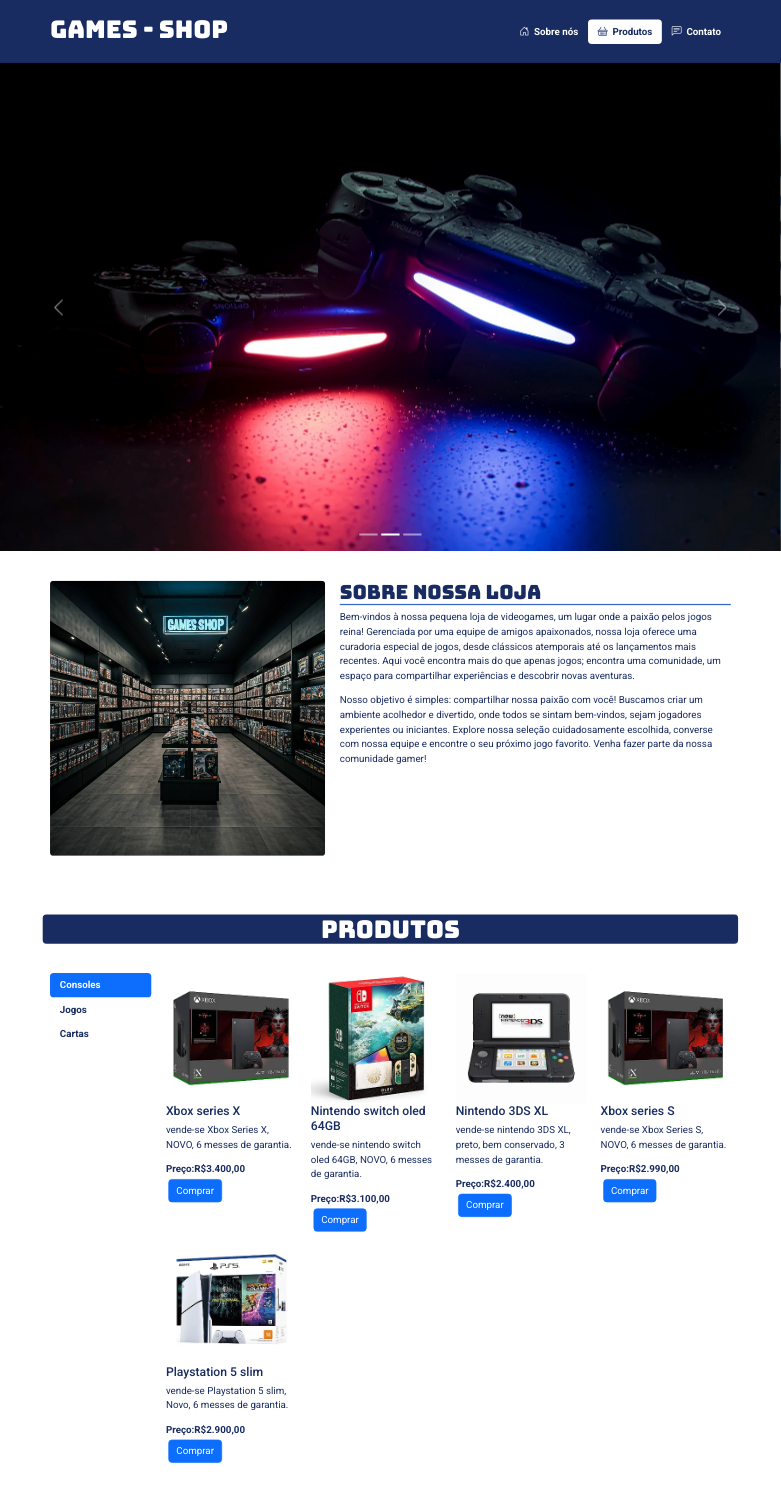
Repository: MatiasBrighent/GamesShop-Bootstrap
Page: index.html
An editor plug-in stored every save of this project. The page is shown before and after the next save, followed by the edit.
The browser window is 1280 px wide. The pictures show the whole page, at 61% of full size.

Above is the page before, as saved 2025-06-20 15:25:33.

After the next save:
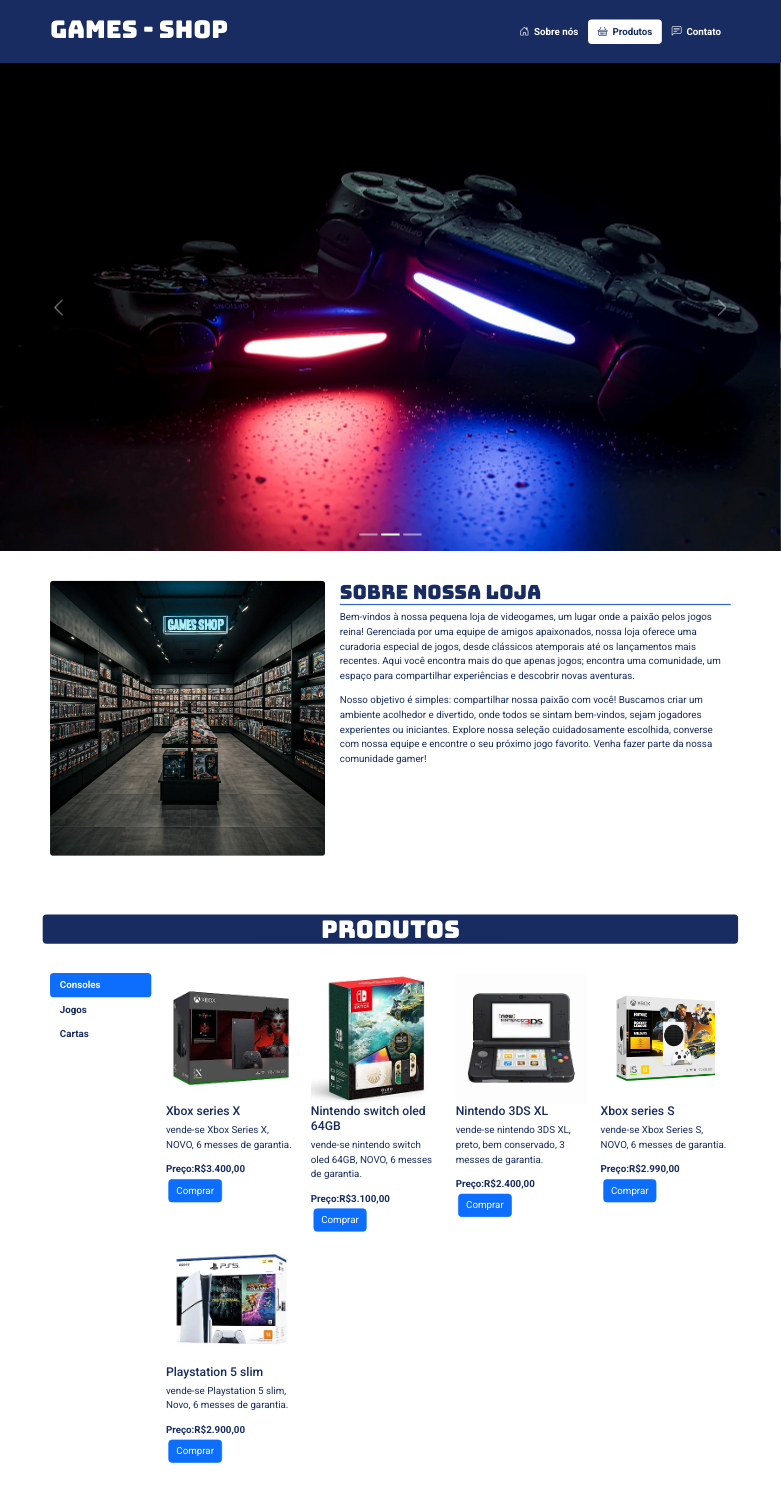
Saved 11 s later.
--- a/index.html
+++ b/index.html
@@ -137,7 +137,7 @@
                                         </div>
                                     </div>
                                     <div class="col-md-3 text-colored">
-                                        <img src="./images/produtos/consoles/Series X.webp" alt="Xbox Series S" class="img-fluid rounded">
+                                        <img src="./images/produtos/consoles/Series S.webp" alt="Xbox Series S" class="img-fluid rounded">
                                         <h5>Xbox series S</h5>
                                         <p>
                                             vende-se Xbox Series S, NOVO, 6 messes de garantia.
